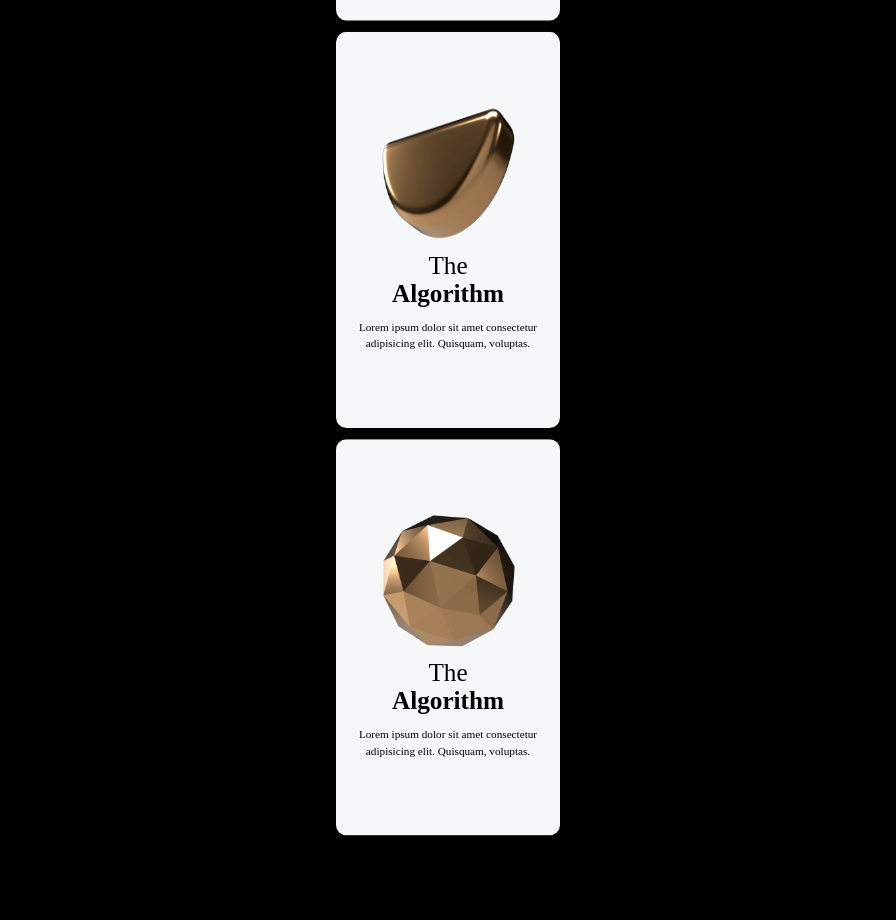
Repository: Himani0002/Scroll-Trigger
Page: index.html
An editor plug-in stored every save of this project. The page is shown before and after the next save, followed by the edit.
The browser window is 1280 px wide. The pictures show the part of the page from y = 1808 to 3728 px (the page is 3122 px tall before and 3728 px after), at 70% of full size.
Some web fonts or font styles are not loaded; a fallback is used. Some web libraries are served in a nearby version.

Above is the page before, as saved 2024-11-15 21:43:05.

After the next save:
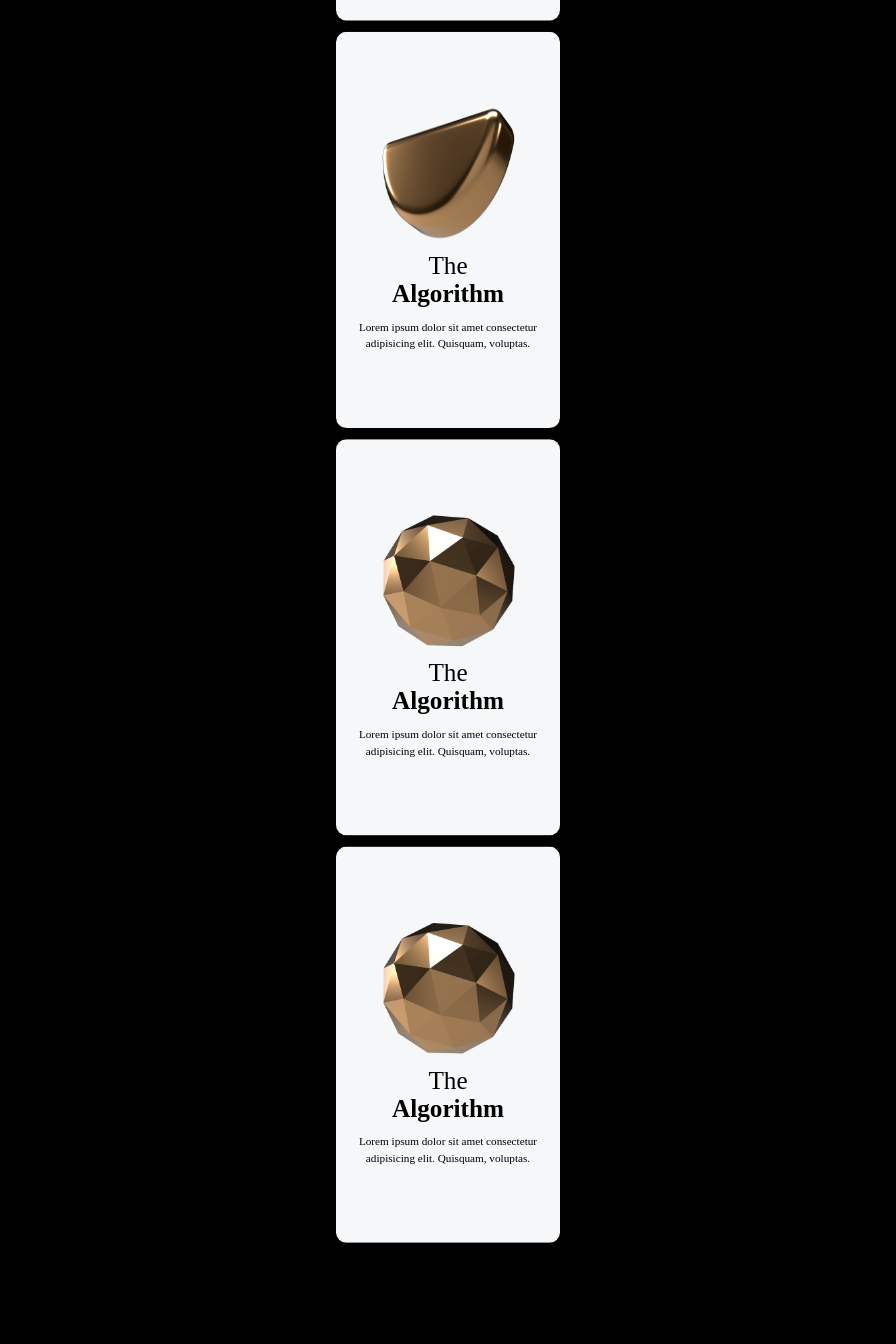
Saved 19 s later.
--- a/index.html
+++ b/index.html
@@ -80,6 +80,17 @@
       Lorem ipsum dolor sit amet consectetur adipisicing elit. Quisquam, voluptas.
     </p>
   </div>
+  <div
+    class="card5 sticky top-[15vh] flex flex-col w-[25svw] rounded-[15px] py-[15vh] px-[20px] gap-4 items-center bg-[#F5F7F8]">
+    <img src="./image/5.png" class="w-[190px] aspect-square" alt="">
+    <h1 class="text-4xl font-thin">
+      The<br>
+      <span class="font-bold">Algorithm</span>
+    </h1>
+    <p>
+      Lorem ipsum dolor sit amet consectetur adipisicing elit. Quisquam, voluptas.
+    </p>
+  </div>
 
 </main>
 
